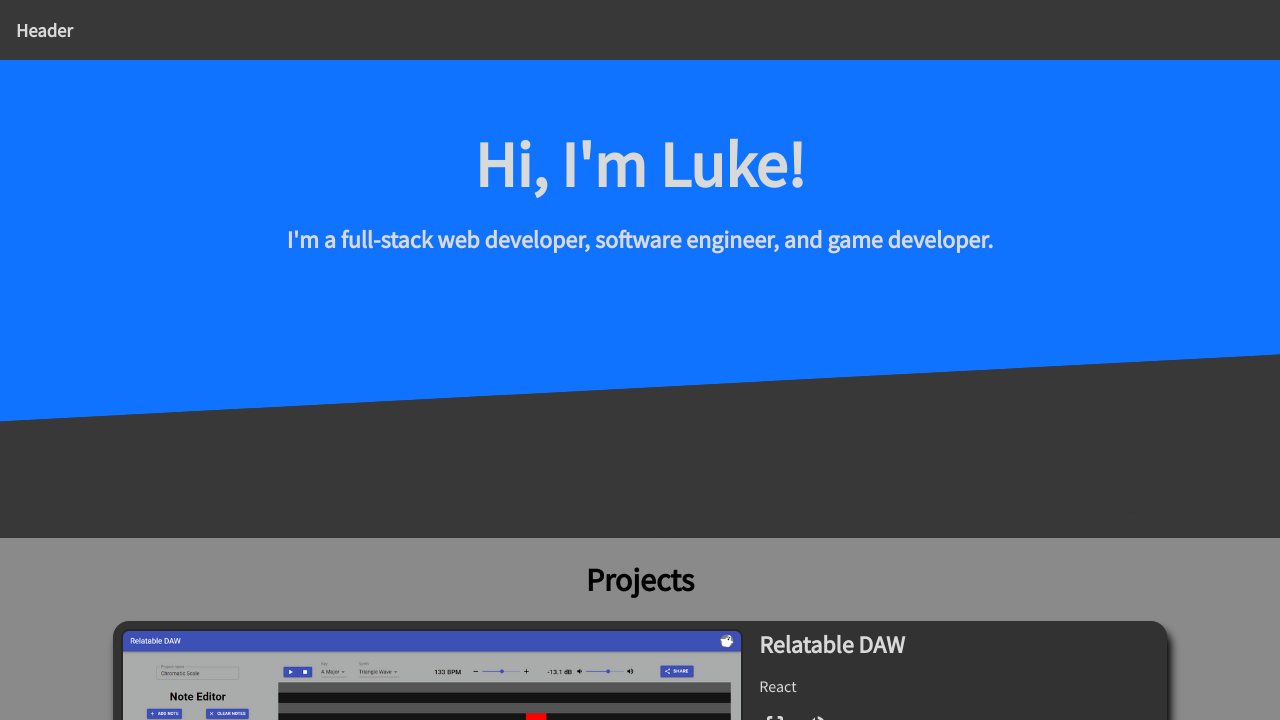
Repository: lbodwell/Personal-Website
Page: index.html
An editor plug-in stored every save of this project. The page is shown before and after the next save, followed by the edit.
The browser window is 1280 px wide. The pictures show the whole page.
An inner scrolling area shows only its first screen.

Above is the page before, as saved 2022-04-04 19:29:17.

After the next save:
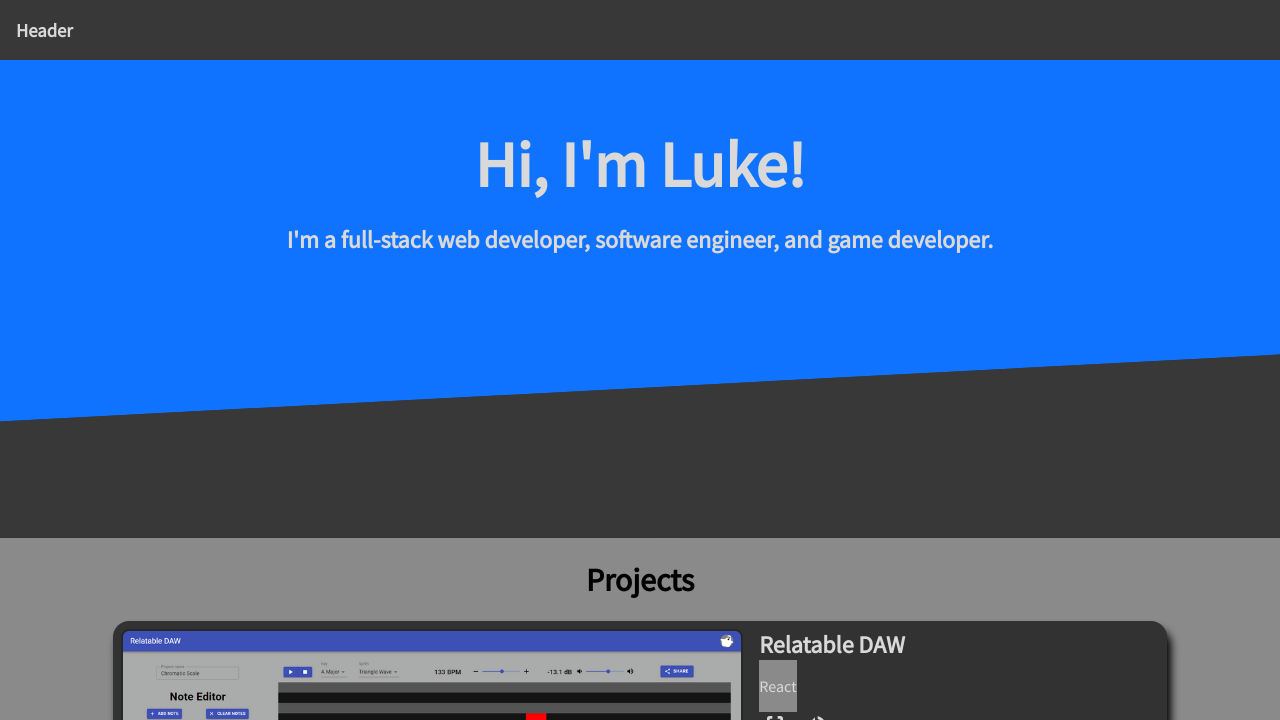
Saved 3 min 35 s later.
--- a/styles.css
+++ b/styles.css
@@ -118,6 +118,7 @@ content {
 
 .project-tag {
     margin: 0;
+    background-color: #8a8a8a;
 }
 
 .project-img-left .project-types {
